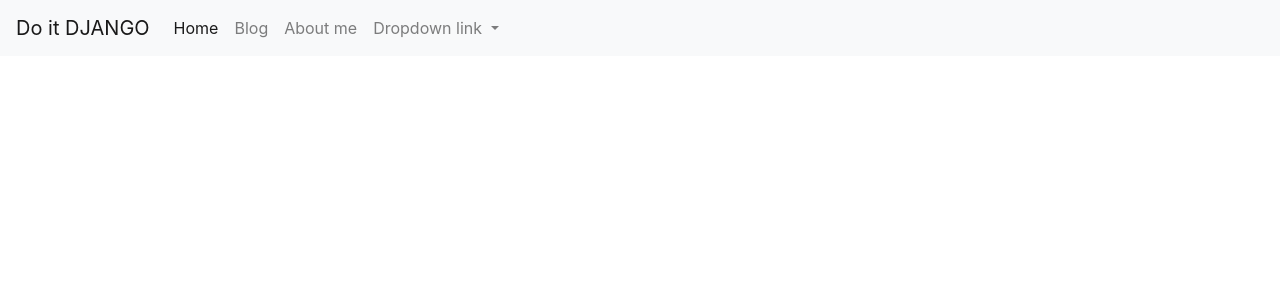
Repository: lwygold/do_it_ft
Page: about_me.html
The author's editor kept a copy of each file at every save. The page is drawn from the files as they stood at one save, then again after the next save.
The browser window is 1280 px wide. The pictures show the whole page.

Above is the page before, as saved 2021-08-10 17:57:22.

After the next save:
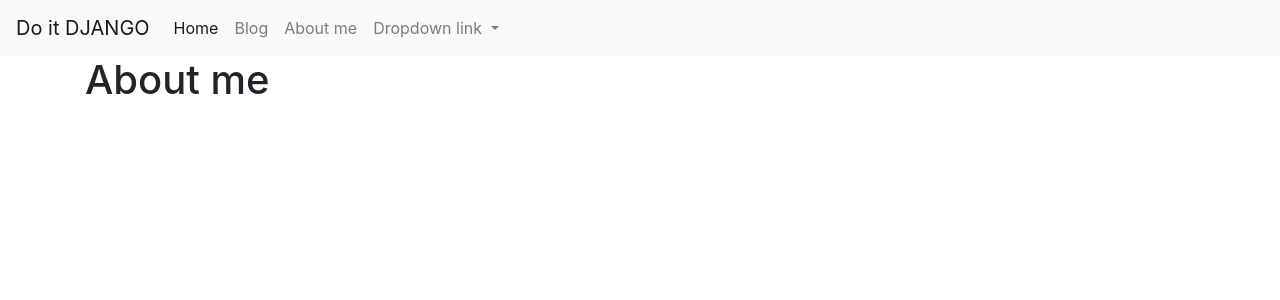
Saved 6 min 32 s later.
--- a/about_me.html
+++ b/about_me.html
@@ -43,6 +43,11 @@
         </div>
     </nav>
 
+    <div class="container">
+        <h1>About me</h1>
+
+    </div>
+
 
     <script src="https://code.jquery.com/jquery-3.5.1.slim.min.js" integrity="sha384-DfXdz2htPH0lsSSs5nCTpuj/zy4C+OGpamoFVy38MVBnE+IbbVYUew+OrCXaRkfj" crossorigin="anonymous"></script>
     <script src="https://cdn.jsdelivr.net/npm/bootstrap@4.6.0/dist/js/bootstrap.bundle.min.js" integrity="sha384-Piv4xVNRyMGpqkS2by6br4gNJ7DXjqk09RmUpJ8jgGtD7zP9yug3goQfGII0yAns" crossorigin="anonymous"></script>
